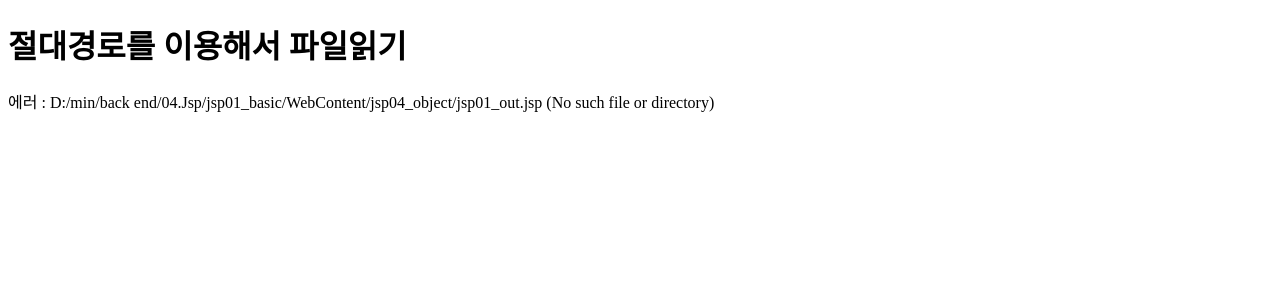
Repository: HongMW/study
Page: http://localhost/jsp01_basic/jsp04_object/jsp04_readfile_01.jsp
These files come from the project's save history. The page is drawn as it stood at one moment and after the next save; the edit follows.
The browser window is 1280 px wide. The pictures show the whole page.
The page is served by Tomcat 9.

Above is the page before, as saved 2022-12-13 00:36:14.

After the next save:
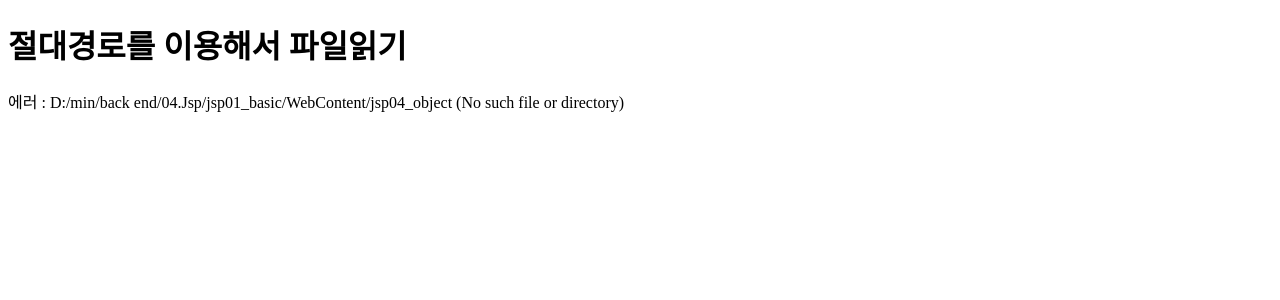
Saved 3 min 35 s later.
--- a/04.jsp/jsp01_basic/WebContent/jsp04_object/jsp04_readfile_01.jsp
+++ b/04.jsp/jsp01_basic/WebContent/jsp04_object/jsp04_readfile_01.jsp
@@ -11,7 +11,7 @@
 <body>
 	<h1>절대경로를 이용해서 파일읽기</h1>
 	<%
-		String path = "D:/min/back end/04.Jsp/jsp01_basic/WebContent/jsp04_object/jsp01_out.jsp";
+		String path = "D:/min/back end/04.Jsp/jsp01_basic/WebContent/jsp04_object";
 
 		//java.io, java.nio
 		char[] cbuf = new char[128];
